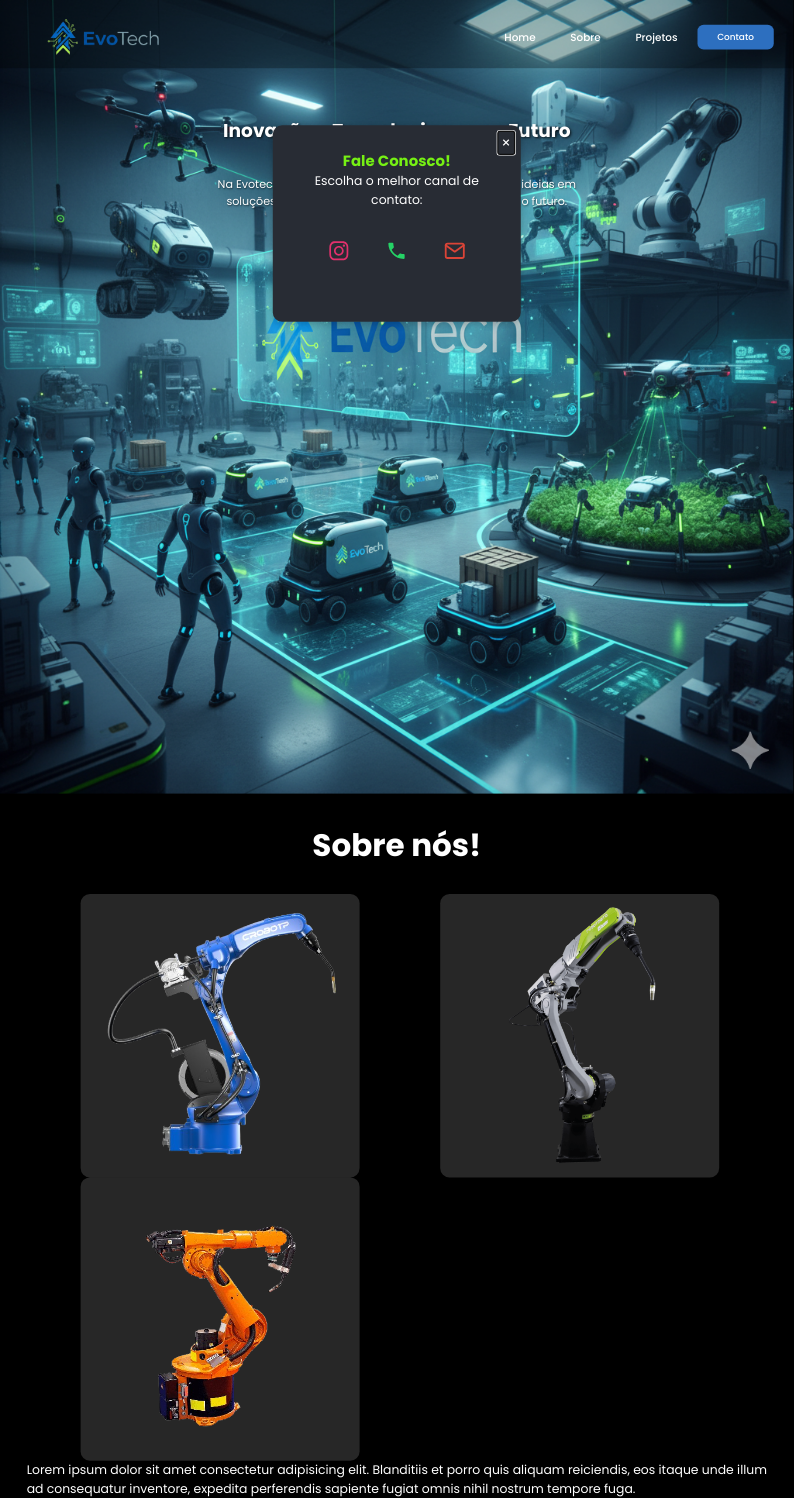
Repository: IsaacDEV10/EvoTech
Page: /, after clicking the first element matching `button.contact-btn`
The author's editor kept a copy of each file at every save. The page is drawn from the files as they stood at one save, then again after the next save.
The browser window is 1280 px wide. The pictures show the whole page, at 62% of full size.
The project was rebuilt for these pictures with package versions that can differ from the ones it lists, and the page was loaded fresh each time. Also part of the build but not shown: vite.config.js, src/App.css.

Above is the page before, as saved 2025-10-23 08:52:32.

After the next save:
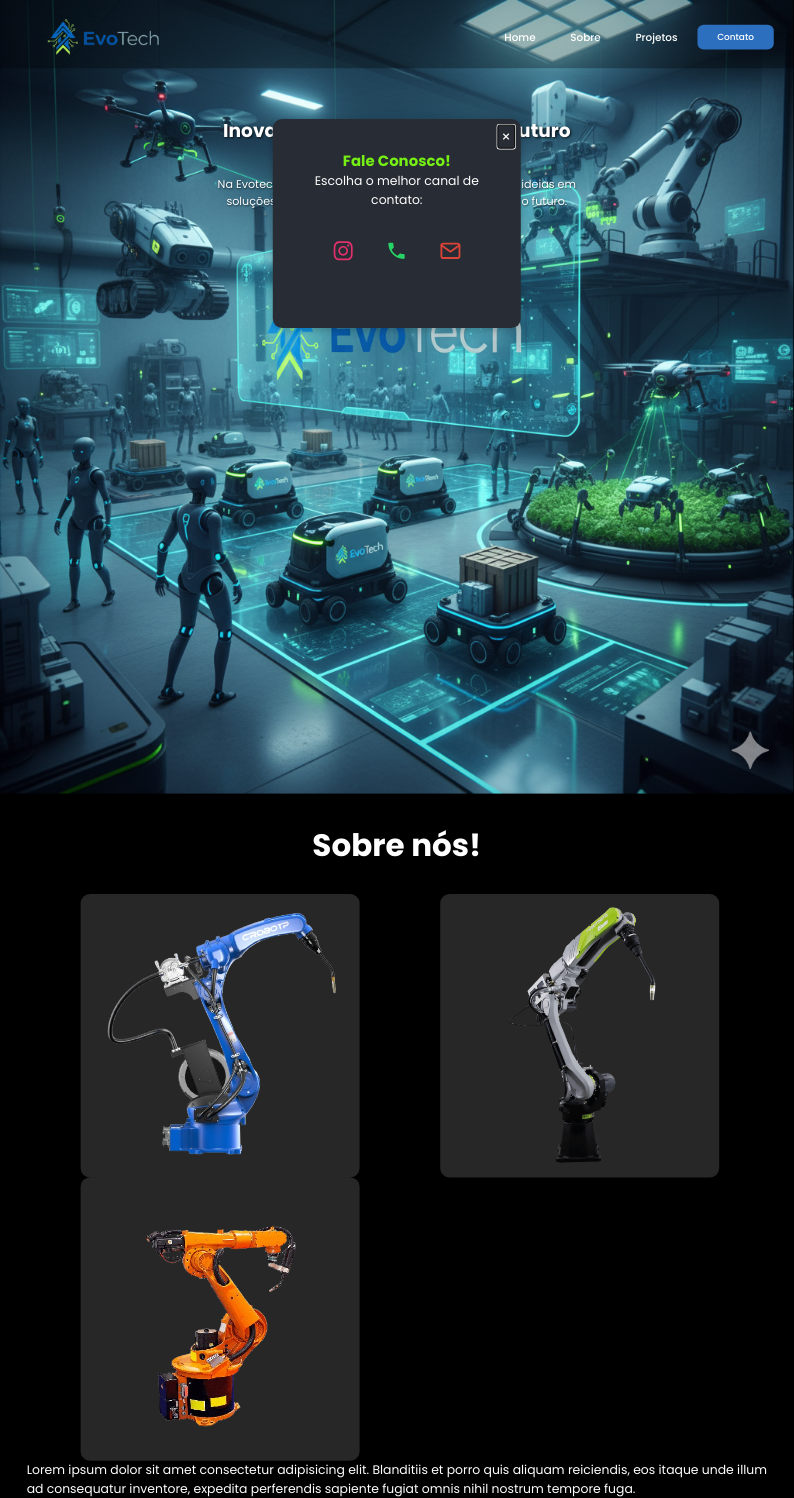
Saved 7 s later.
--- a/src/components/Contact/contact.css
+++ b/src/components/Contact/contact.css
@@ -33,7 +33,7 @@
 /* Estilo para a caixa branca do popup (Content) */
 .popup-container{
   background-color: #282C34;
-  padding: 40px !important;
+  padding: 50px !important;
   border-radius: 15px !important;
   border: none !important;
   box-shadow: 0 4px 12px rgba(0, 0, 0, 0.2) !important;
